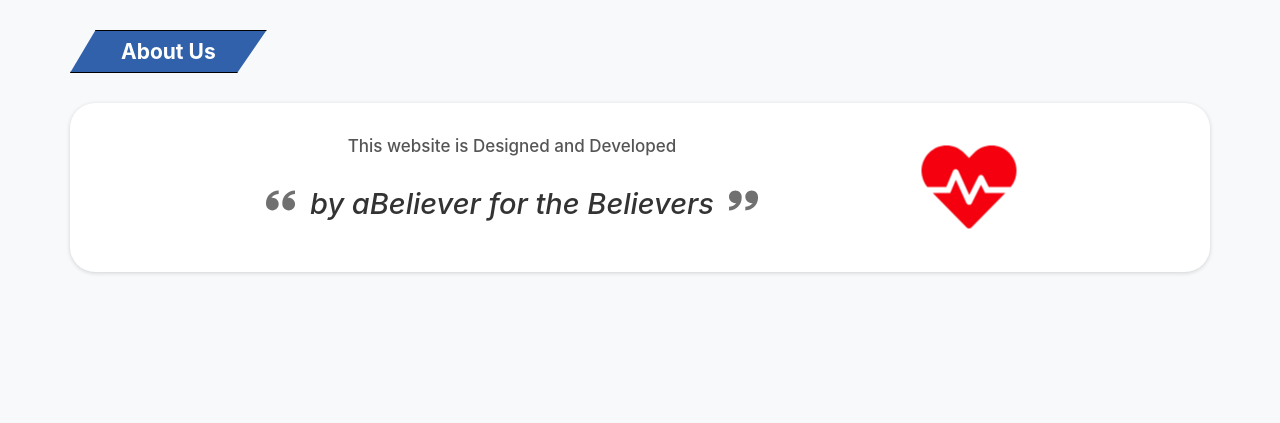
Repository: SpicierEwe/islamic-dev-repo
Page: /legal/about_us
An editor plug-in stored every save of this project. The page is shown before and after the next save, followed by the edit.
The browser window is 1280 px wide. The pictures show the whole page.
The project was rebuilt for these pictures with package versions that can differ from the ones it lists, and the page was loaded fresh each time. The framework's server and built-in components were replaced by stand-ins that run in the browser. Also part of the build but not shown: next.config.js.

Above is the page before, as saved 2022-09-16 17:20:51.

After the next save:
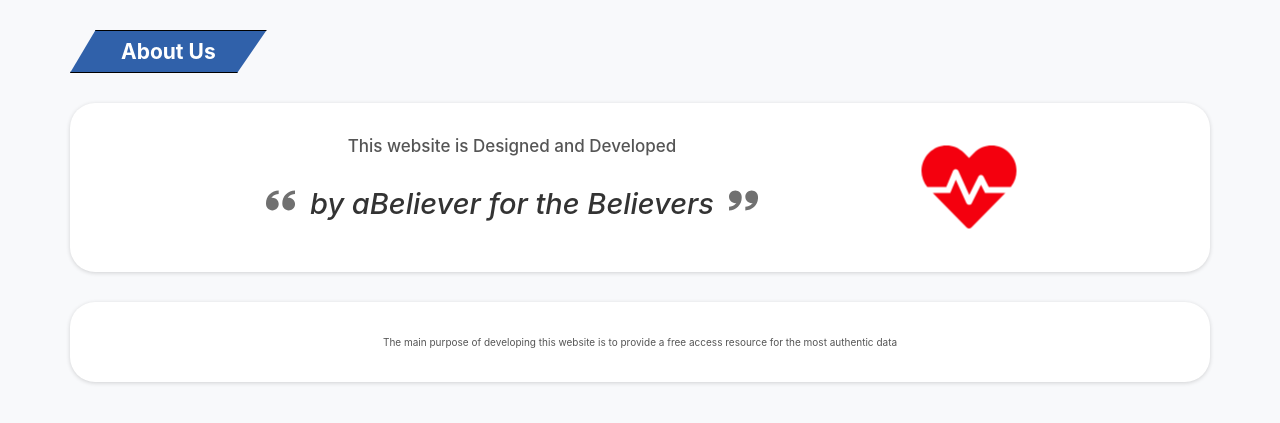
Saved 6 min 57 s later.
--- a/components/legal/about_us/about_us.js
+++ b/components/legal/about_us/about_us.js
@@ -22,6 +22,12 @@ export default function AboutUs(props) {
           <FaHeartbeat size="9rem" color="f4000e" />
         </div>
       </div>
+      <div className={styles.container_development}>
+        <p>
+          The main purpose of developing this website is to provide a free
+          access resource for the most authentic data
+        </p>
+      </div>
     </div>
   );
 }
